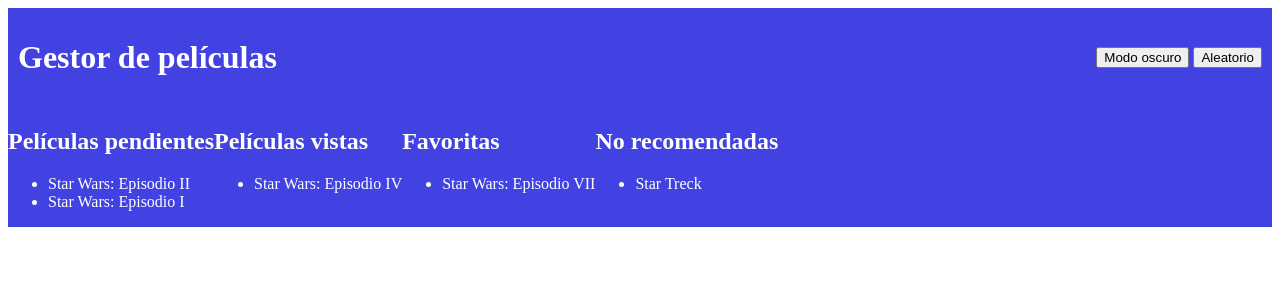
Repository: alvarobarasona/DAW_2
Page: DIW/EXAMEN_SEGUNDA_EV/public/index.html
These files come from the project's save history. The page is drawn as it stood at one moment and after the next save; the edit follows.
The browser window is 1280 px wide. The pictures show the whole page.
The style sheet was rebuilt from its Sass, Less or Tailwind sources for each picture, by a compiler version that may differ from the author's.

Above is the page before, as saved 2024-03-04 17:15:18.

After the next save:
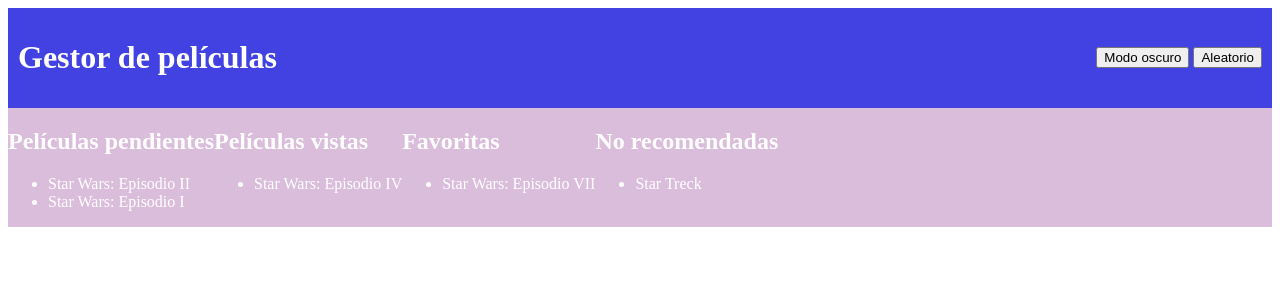
Saved 36 s later.
--- a/DIW/EXAMEN_SEGUNDA_EV/public/scss/style.scss
+++ b/DIW/EXAMEN_SEGUNDA_EV/public/scss/style.scss
@@ -9,5 +9,5 @@ header {
 }
 
 main {
-    @include aparience(row, $header_color, $header_font_color);
+    @include aparience(row, $main_bgc, $header_font_color);
 }
